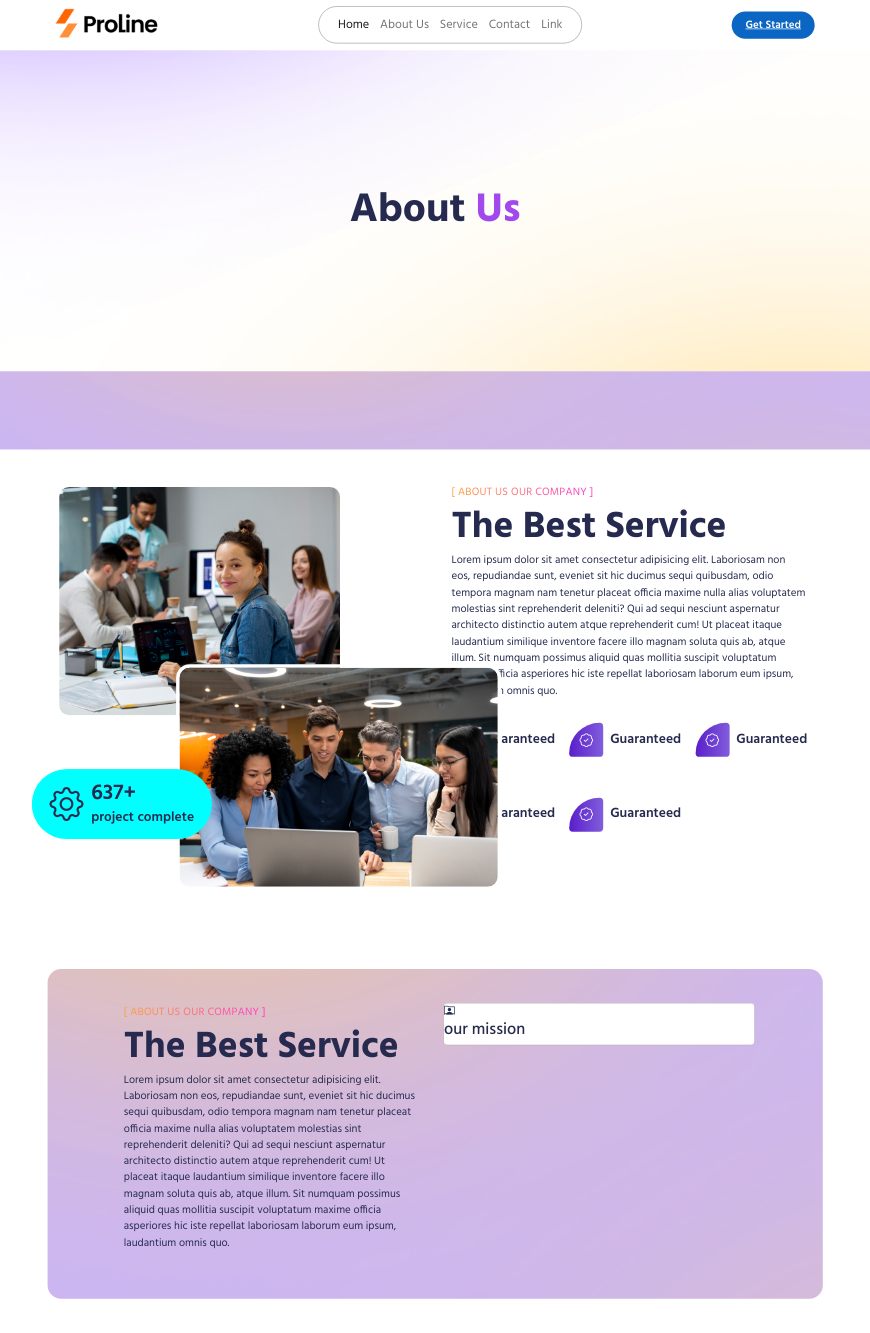
Repository: tagnam/corporate
Page: aboutus.html
The author's editor kept a copy of each file at every save. The page is drawn from the files as they stood at one save, then again after the next save.
The browser window is 1280 px wide. The pictures show the whole page, at 68% of full size.

Above is the page before, as saved 2025-02-15 12:14:57.

### aboutus.html
<!DOCTYPE html>
<html lang="en">
    <head>
        <meta charset="UTF-8" />
        <meta name="viewport" content="width=device-width, initial-scale=1.0" />
        <title>Corporate</title>
        <link href="https://cdn.jsdelivr.net/npm/bootstrap@5.2.3/dist/css/bootstrap.min.css" rel="stylesheet" integrity="sha384-rbsA2VBKQhggwzxH7pPCaAqO46MgnOM80zW1RWuH61DGLwZJEdK2Kadq2F9CUG65" crossorigin="anonymous" />
        <script src="https://cdn.jsdelivr.net/npm/bootstrap@5.2.3/dist/js/bootstrap.bundle.min.js" integrity="sha384-kenU1KFdBIe4zVF0s0G1M5b4hcpxyD9F7jL+jjXkk+Q2h455rYXK/7HAuoJl+0I4" crossorigin="anonymous"></script>
        <link rel="stylesheet" type="text/css" href="https://cdn.jsdelivr.net/npm/slick-carousel@1.8.1/slick/slick.css" />
        <link rel="stylesheet" type="text/css" href="https://cdn.jsdelivr.net/npm/slick-carousel@1.8.1/slick/slick-theme.css" />
        <link rel="stylesheet" href="style/css/animation.css" />
        <link rel="stylesheet" href="style/css/responsive.css" />
        <link rel="stylesheet" href="style/css/style.css" />
    </head>
<body>
            <!--======================================= start navigation bar  ===================================-->

            <header>
                <!-- <div class="nav-top">
                    <div class="col-lg-4"></div>
                    <div class="col-lg-4"></div>
                    <div class="col-lg-4"></div>
                </div> -->
                <nav class="navbar navbar-expand-lg ">
                    <div class="container">
                      <a class="navbar-brand" href="#"><img src="images/leads-proline-300x95.png" width="150px" alt=""></a>
                      <button class="navbar-toggler" type="button" data-bs-toggle="collapse" data-bs-target="#navbarSupportedContent" aria-controls="navbarSupportedContent" aria-expanded="false" aria-label="Toggle navigation">
                        <span class="navbar-toggler-icon"></span>
                      </button>
                      <div class="collapse navbar-collapse justify-content-between" id="navbarSupportedContent">
                        <div class="custom-nav-menu">
                            <ul class="navbar-nav custome-navbar-nav ">
                                <li class="nav-item custome-nav-item">
                                  <a class="nav-link custome-nav-link active" aria-current="page" href="/">Home</a>
                                </li>
                                <li class="nav-item custome-nav-item">
                                  <a class="nav-link custome-nav-link" href="aboutus.html">About Us</a>
                                </li>
                                <li class="nav-item custome-nav-item">
                                  <a class="nav-link custome-nav-link" href="#">Service</a>
                                </li>
                                <li class="nav-item custome-nav-item">
                                  <a class="nav-link custome-nav-link" href="#">Contact </a>
                                </li>
                                <li class="nav-item custome-nav-item">
                                  <a class="nav-link custome-nav-link" href="#">Link</a>
                                </li>
                              </ul>
                        </div>

                      </div>
                      <div >
                        <a href="" class="custom-btn"> Get Started </a>
        </div>
                    </div>
                  </nav>
            </header>

             <!--======================================= end navigation bar  ===================================-->



             <!--====================================== start about banner section ===================================-->


             <section class="innerpage-banner">
                <div class="container">
                    <div class="row">
                            <div class="col-lg-12">
                                <h2 class="inner-heading"> About <span> Us </span></h2>
                            </div>
                    </div>
                </div>
             </section>

             <!--====================================== end about banner section ===================================-->
                     <!--================================================= start client-slider  section ==========================-->
        <section class="client-slider-section">
            <div class="container-fluid" style="padding: 10px 0px;">
                <div class="row">
                    <marquee behavior="" direction="">
                        <div class="marquee" style="width: 130%; overflow: hidden;">

                              <img  src="images/leads-proline-300x95.png"   style="width: 200px;"   alt="" />
                              <img  src="images/marquee-4-icon.webp"   style="width: 75px;"   alt="" />
                              <img  src="images/leads-proline-300x95.png"   style="width: 200px;"   alt="" />
                              <img  src="images/marquee-4-icon.webp"   style="width: 75px;"   alt="" />
                              <img  src="images/leads-proline-300x95.png"   style="width: 200px;"   alt="" />
                              <img  src="images/marquee-4-icon.webp"   style="width: 75px;"   alt="" />
                              <img  src="images/leads-proline-300x95.png"   style="width: 200px;"   alt="" />
                              <img  src="images/marquee-4-icon.webp"   style="width: 75px;"   alt="" />
                              <img  src="images/leads-proline-300x95.png"   style="width: 200px;"   alt="" />
                              <img  src="images/marquee-4-icon.webp"   style="width: 75px;"   alt="" />
                              <img  src="images/leads-proline-300x95.png"   style="width: 200px;"   alt="" />
                              <img  src="images/marquee-4-icon.webp"   style="width: 75px;"   alt="" />


                        </div>
                    </marquee>
                </div>
            </div>
        </section>

        <!--================================================= end client-slider  section ==========================-->

                <!--================================================= star about section ==========================-->

                <section>
                    <div class="container">
                        <div class="row">
                            <div class="col-lg-6">
                                <div class="about-left" style="position: relative;">
                                    <figure class="about-img-container">
                                        <img class="about-img-001 A-image01" src="images/about-img-1.jpg" alt="" />
                                        <img class="about-img-001 A-image02" src="images/about-img-2.jpg" alt="" />
                                    </figure>
                                    <div class="project-counter">
                                        <div class="project-icon">
                                            <i class="bi bi-gear"></i>
                                        </div>
                                        <div class="project-number">
                                            <h2>637+</h2>
                                            <p>project complete</p>
                                        </div>
                                    </div>
                                </div>
                            </div>
                            <div class="col-lg-6">
                                <div class="container-fluid" style="margin-bottom: 20px;">
                                    <h3 class="sub-heading">[ about us our company ]</h3>
                                    <h1 class="title">The Best Service</h1>

                                    <div class="about-text">
                                        <p>
                                            Lorem ipsum dolor sit amet consectetur adipisicing elit. Laboriosam non eos, repudiandae sunt, eveniet sit hic ducimus sequi quibusdam, odio tempora magnam nam tenetur placeat officia maxime nulla alias
                                            voluptatem molestias sint reprehenderit deleniti? Qui ad sequi nesciunt aspernatur architecto distinctio autem atque reprehenderit cum! Ut placeat itaque laudantium similique inventore facere illo magnam
                                            soluta quis ab, atque illum. Sit numquam possimus aliquid quas mollitia suscipit voluptatum maxime officia asperiores hic iste repellat laboriosam laborum eum ipsum, laudantium omnis quo.
                                        </p>
                                    </div>
                                </div>
                                <div class="about-right-container">
                                    <ul class="about-list">
                                        <li class="about-list-item">
                                            <div class="col-lg-2 about-icon"><i class="bi bi-patch-check"></i></div>
                                            <div class="col-lg-10">
                                                <div class="about-list-title">Guaranteed</div>
                                            </div>
                                        </li>

                                        <li class="about-list-item">
                                            <div class="col-lg-2 about-icon"><i class="bi bi-patch-check"></i></div>
                                            <div class="col-lg-10">
                                                <div class="about-list-title">Guaranteed</div>
                                            </div>
                                        </li>
                                        <li class="about-list-item">
                                            <div class="col-lg-2 about-icon"><i class="bi bi-patch-check"></i></div>
                                            <div class="col-lg-10">
                                                <div class="about-list-title">Guaranteed</div>
                                            </div>
                                        </li>
                                        <li class="about-list-item">
                                            <div class="col-lg-2 about-icon"><i class="bi bi-patch-check"></i></div>
                                            <div class="col-lg-10">
                                                <div class="about-list-title">Guaranteed</div>
                                            </div>
                                        </li>
                                        <li class="about-list-item">
                                            <div class="col-lg-2 about-icon"><i class="bi bi-patch-check"></i></div>
                                            <div class="col-lg-10">
                                                <div class="about-list-title">Guaranteed</div>
                                            </div>
                                        </li>
                                    </ul>
                                </div>
                            </div>
                        </div>
                    </div>
                </section>
                <!--================================================= end about  section ==========================-->


            <!--==================================== start mission vission section ====================================-->

            <section class="mission-visson-section">
                <div class="container mission-vission-container">
                    <div class="row">
                        <div class="col-lg-6">
                            <div class="container-fluid" style="margin-bottom: 20px;">
                                <h3 class="sub-heading">[ about us our company ]</h3>
                                <h1 class="title">The Best Service</h1>

                                <div class="about-text">
                                    <p>
                                        Lorem ipsum dolor sit amet consectetur adipisicing elit. Laboriosam non eos, repudiandae sunt, eveniet sit hic ducimus sequi quibusdam, odio tempora magnam nam tenetur placeat officia maxime nulla alias
                                        voluptatem molestias sint reprehenderit deleniti? Qui ad sequi nesciunt aspernatur architecto distinctio autem atque reprehenderit cum! Ut placeat itaque laudantium similique inventore facere illo magnam
                                        soluta quis ab, atque illum. Sit numquam possimus aliquid quas mollitia suscipit voluptatum maxime officia asperiores hic iste repellat laboriosam laborum eum ipsum, laudantium omnis quo.
                                    </p>
                                </div>
                            </div>
                        </div>
                        <div class="col-lg-6">
                                <div class="mission-vision-card">
                                    <div class="mission-card">
                                        <div class="card">
                                            <div class="col-md-2">
                                                <div class="mission-icon">
                                                    <i class="bi bi-person-rolodex"></i>
                                                </div>
                                            </div>
                                            <div class="col-md-9">
                                                <div class="mission-content">
                                                <h4> our mission</h4>
                                                </div>
                                            </div>
                                        </div>
                                    </div>
                                    <div class="vission-card"></div>
                                </div>
                        </div>
                    </div>
                </div>
            </section>
            <!--==================================== end mission vission section ====================================-->

</body>
</html>

### style/css/animation.css
@keyframes boxmove{
    50% {
        transform: translateX(-20%);
    }
}


@keyframes star{
    0% {
        -webkit-transform: translate(0);
        transform: translate(0);
    }
    25% {
        -webkit-transform: translate(10px, 10px);
        transform: translate(10px, 10px);
    }
    50% {
        -webkit-transform: translate(5px, 5px);
        transform: translate(5px, 5px);
    }
    75% {
        -webkit-transform: translate(10px, -5px);
        transform: translate(10px, -5px);
    }
    100% {
        -webkit-transform: translate(0);
        transform: translate(0);
    }
}

### style/css/responsive.css

@media (max-width: 576px) {

 }

/* Small devices (tablets) */
@media (min-width: 577px) and (max-width: 768px) {

}

/* Medium devices (small laptops) */
@media (min-width: 769px) and (max-width: 992px) {

 }

/* Large devices (desktops) */
@media (min-width: 993px) and (max-width: 1200px) {

}

/* Extra large devices (large desktops) */
@media (min-width: 1201px) {

 }

Loaded but not shown: style/css/style.css (606 lines, source omitted)

After the next save:
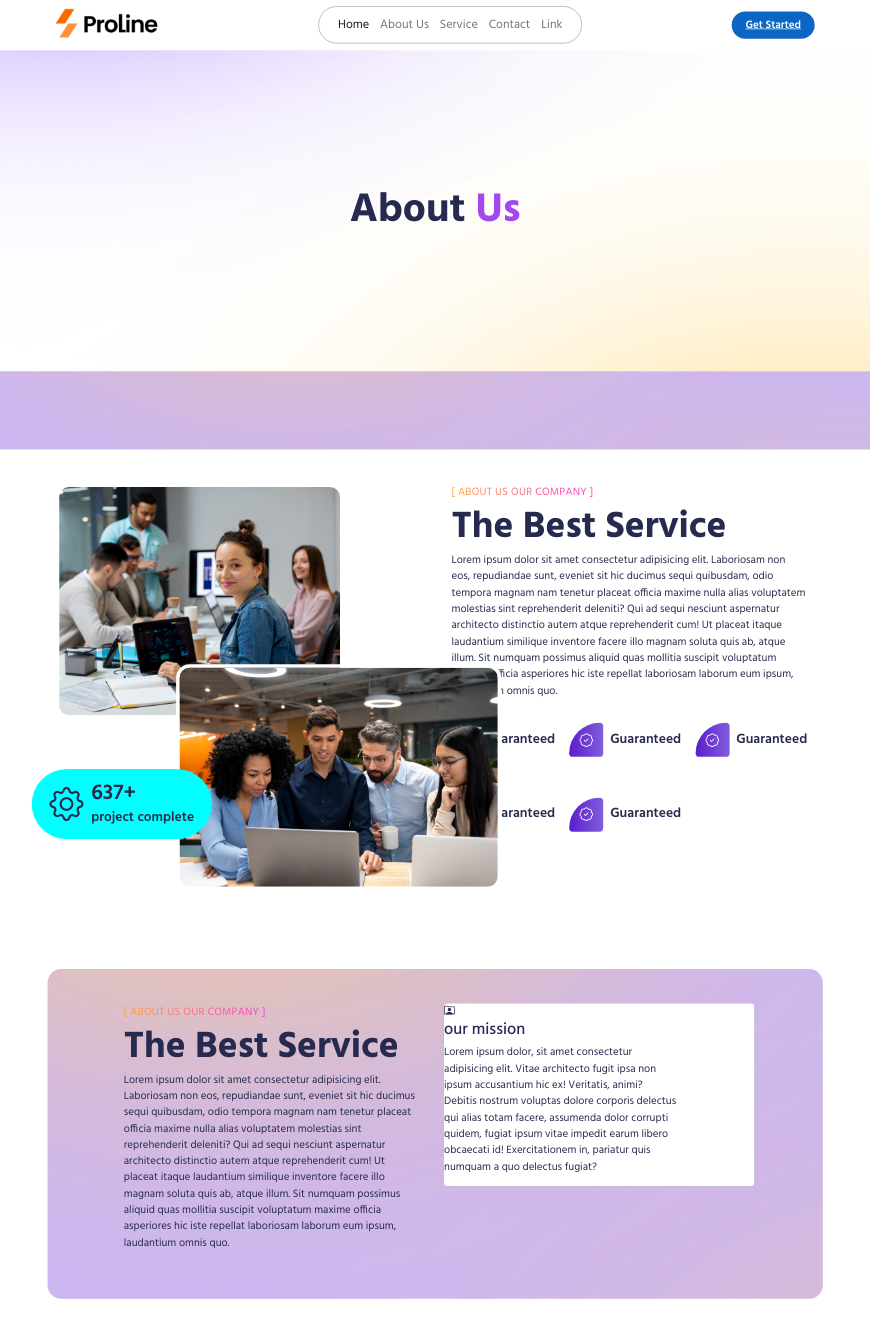
Saved 14 s later.
--- a/aboutus.html
+++ b/aboutus.html
@@ -211,6 +211,7 @@
                                             <div class="col-md-9">
                                                 <div class="mission-content">
                                                 <h4> our mission</h4>
+                                                <p>Lorem ipsum dolor, sit amet consectetur adipisicing elit. Vitae architecto fugit ipsa non ipsum accusantium hic ex! Veritatis, animi? Debitis nostrum voluptas dolore corporis delectus qui alias totam facere, assumenda dolor corrupti quidem, fugiat ipsum vitae impedit earum libero obcaecati id! Exercitationem in, pariatur quis numquam a quo delectus fugiat?</p>
                                                 </div>
                                             </div>
                                         </div>
